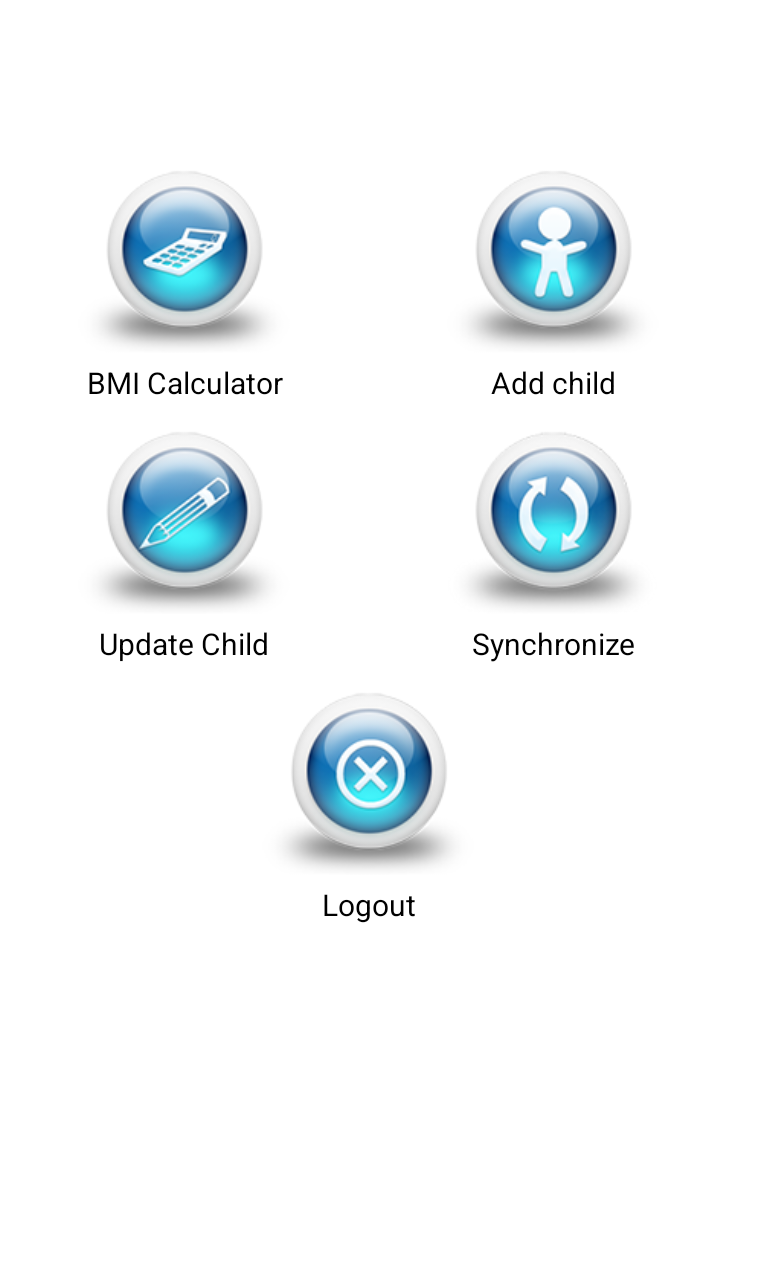
Repository: Team-7/prototype.6
Layout: workspace/Hope World Wide/res/layout/menu.xml
The author's editor kept a copy of each file at every save. The layout is drawn from the files as they stood at one save, then again after the next save.
It is drawn on a 768 x 1280 px phone screen (xhdpi) without system bars, with theme CustomActionBarTheme; the app's code is not run.

Above is the layout before, as saved 2014-05-29 11:01:35.

### workspace/Hope World Wide/res/layout/menu.xml
<?xml version="1.0" encoding="utf-8"?>
<RelativeLayout xmlns:android="http://schemas.android.com/apk/res/android"
    android:layout_width="match_parent"
    android:layout_height="match_parent"
    android:background="#ffffff" >

 <TableLayout
     		 android:layout_width="match_parent"
             android:layout_height="wrap_content"
             android:id="@+id/tableLayout" android:background="#FFFFFF"
             android:stretchColumns="*" >

    <TableRow

    android:id="@+id/MyRow"
    android:layout_width="match_parent"
    android:layout_height="wrap_content"
    android:background="@android:color/transparent">

     <TextView
         android:id="@+id/textView1"
         android:layout_width="wrap_content"
         android:layout_height="wrap_content"
         android:layout_weight="0"
         android:textColor="#000000"
         android:textSize="15sp" />

</TableRow>

    <TableRow

    android:id="@+id/MyRow1"
    android:layout_width="match_parent"
    android:layout_height="wrap_content"
    android:background="@android:color/transparent">


     <TextView
        android:id="@+id/textView2"
        android:layout_width="wrap_content"
        android:layout_height="wrap_content"
        android:layout_weight="0"
        android:textColor="#000000"
        android:textSize="15sp" />

</TableRow>

    <TableRow

    android:id="@+id/My"
    android:layout_width="match_parent"
    android:layout_height="wrap_content"
    android:background="@android:color/transparent">


     <View
        android:id="@+id/View1"
        android:layout_width="match_parent"
        android:layout_height="30dp"
        android:layout_weight="0"
        android:textColor="#000000"
        android:textSize="15sp" />

</TableRow>

    <TableRow

    android:id="@+id/Row"
    android:layout_width="match_parent"
    android:layout_height="wrap_content"
    android:layout_weight="1"
    android:background="@android:color/transparent">

    <TableLayout
        android:id="@+id/table"
        android:layout_width="match_parent"
        android:layout_height="wrap_content"
        android:paddingRight="15dp"
        android:stretchColumns="*" >

    <TableRow

    android:id="@+id/newTagTableRow"
    android:layout_width="match_parent"
    android:layout_height="wrap_content"
    android:background="@android:color/transparent">

    <ImageButton
        android:id="@+id/calculatelogo"
        android:layout_width="wrap_content"
        android:layout_height="wrap_content"
        android:layout_weight="1"
        android:background="#FFFFFF"
        android:contentDescription="@string/calclogo"
        android:minHeight="110dp"
        android:minWidth="110dp"
        android:scaleType="fitCenter"
        android:src="@drawable/calculator"
        android:textColor="@android:color/black"
        android:textSize="20sp" />

    <ImageButton
        android:id="@+id/childLogo"
        android:layout_width="wrap_content"
        android:layout_height="wrap_content"
        android:layout_weight="1"
        android:background="#FFFFFF"
        android:contentDescription="@string/clogo"
        android:minHeight="110dp"
        android:minWidth="110dp"
        android:scaleType="fitCenter"
        android:src="@drawable/child"
        android:textColor="@android:color/black"
        android:textSize="20sp" />

</TableRow>

    <TableRow

    android:id="@+id/thisRow"
    android:layout_width="match_parent"
    android:layout_height="wrap_content"
    android:background="@android:color/transparent">

     <TextView
         android:id="@+id/calculatetext"
         android:layout_width="100dp"
         android:layout_height="wrap_content"
         android:layout_weight="1"
         android:gravity="center"
         android:text="@string/calc"
         android:textColor="#000000"
         android:textSize="15sp" />

     <TextView
         android:id="@+id/addtext"
         android:layout_width="100dp"
         android:layout_height="wrap_content"
         android:layout_weight="1"
         android:gravity="center"
         android:text="@string/addC"
         android:textColor="#000000"
         android:textSize="15sp" />

</TableRow>

    <TableRow

    android:id="@+id/Row2"
    android:layout_width="match_parent"
    android:layout_height="wrap_content"
    android:background="@android:color/transparent">

        <ImageButton
            android:id="@+id/updatelogo"
            android:layout_width="100dp"
            android:layout_height="wrap_content"
            android:layout_weight="1"
            android:background="#ffffff"
            android:contentDescription="@string/updatelogo"
            android:minHeight="110dp"
            android:minWidth="110dp"
            android:scaleType="fitCenter"
            android:src="@drawable/edit"
            android:textSize="20sp" />

  <ImageButton
      android:id="@+id/synclogo"
      android:layout_width="100dp"
      android:layout_height="wrap_content"
      android:layout_weight="1"
      android:background="#FFFFFF"
      android:contentDescription="@string/clogo"
      android:minHeight="110dp"
      android:minWidth="110dp"
      android:scaleType="fitCenter"
      android:src="@drawable/sync"
      android:textColor="@android:color/black"
      android:textSize="20sp" />

</TableRow>

    <TableRow

    android:id="@+id/Row3"
    android:layout_width="match_parent"
    android:layout_height="wrap_content"
    android:background="@android:color/transparent">


     <TextView
        android:id="@+id/updatetext"
        android:layout_width="100dp"
         android:layout_height="wrap_content"
         android:layout_weight="1"
         android:gravity="center"
        android:text="@string/updateC"
        android:textColor="#000000"
        android:textSize="15sp" />

     <TextView
        android:id="@+id/synctext"
        android:layout_width="100dp"
        android:layout_height="wrap_content"
        android:layout_weight="1"
        android:gravity="center"
        android:text="@string/sync"
        android:textColor="#000000"
        android:textSize="15sp" />

</TableRow>



 <TableRow

    android:id="@+id/Row4"
    android:layout_width="match_parent"
    android:layout_height="wrap_content"
    android:background="@android:color/transparent">

        <ImageButton
            android:id="@+id/logoutlogo"
            android:layout_width="100dp"
            android:layout_height="wrap_content"
            android:layout_weight="1"
            android:background="#ffffff"
            android:contentDescription="@string/logoutlogo"
            android:minHeight="110dp"
            android:minWidth="110dp"
            android:scaleType="fitCenter"
            android:src="@drawable/logout"
            android:textSize="20sp" />

</TableRow>

    <TableRow

    android:id="@+id/Row5"
    android:layout_width="match_parent"
    android:layout_height="wrap_content"
    android:background="@android:color/transparent">

        <TextView
        android:id="@+id/logouttext"
        android:layout_width="100dp"
        android:layout_height="wrap_content"
        android:layout_weight="1"
        android:gravity="center"
        android:text="@string/logout"
        android:textColor="#000000"
        android:textSize="15sp" />

</TableRow>

    		</TableLayout>
		</TableRow>

  </TableLayout>



</RelativeLayout>

### workspace/Hope World Wide/res/values/themes.xml
<?xml version="1.0" encoding="utf-8"?>
<resources xmlns:tools="http://schemas.android.com/tools">
    <!-- the theme applied to the application or activity -->
    <style name="CustomActionBarTheme"
        parent="@android:style/Theme.Holo.Light.DarkActionBar" tools:ignore="NewApi">
        <item name="android:actionBarStyle">@style/MyActionBar</item>
    </style>

    <!-- ActionBar styles -->
    <style name="MyActionBar"
        parent="@android:style/Widget.Holo.Light.ActionBar.Solid.Inverse" tools:ignore="NewApi">
        <item name="android:background">@drawable/actionbarbackground</item>
    </style>

</resources>

### workspace/Hope World Wide/res/drawable/actionbarbackground.xml
<?xml version="1.0" encoding="utf-8"?>
<shape xmlns:android="http://schemas.android.com/apk/res/android"
    android:shape="rectangle" >

    <stroke android:width="2dip" >
    </stroke>

    <solid android:color="#1B9AF7" >
    </solid>

</shape>

### workspace/Hope World Wide/res/values/strings.xml
<?xml version="1.0" encoding="utf-8"?>
<resources>

    <string name="app_name">HopeWorldWide</string>
    <string name="hello_world">Hello world!</string>
    <string name="action_settings">Settings</string>
    <string name="login"> Login</string>
    <string name="menu"> Home</string>
     <string name="myecd"> Search for ECD</string>
    <string name="username"> Username</string>
    <string name="password"> Password</string>

    <string name="name">Name: </string>
    <string name="height">Height: </string>
    <string name="heightValue">Enter Height</string> <!-- height hint -->
    <string name="weight">Weight: </string>
    <string name="weightHint">Enter Weight</string> <!-- weight hint -->
    <string name="mySearch">Search</string>
    <string name="logout">Logout</string>
    <string name="update">Update Child</string>
    <string name="bmiTitle">Child Information</string>
    <string name="save">Save</string>
    <string name="cancel">Cancel</string>


    <string name="age">Age: </string>
    <string name="calculate">Calculate</string>
    <string name="currentBMI">Current BMI: </string>
    <string name="previousBMI">Previous BMI: </string>
     <string name="AutoCompleteTextView"></string>

     <string name="cm">cm</string>
      <string name="kg">kg</string>
       <string name="hopeworldwide">     \t\t Hope \n         World Wide</string>

       <string name="Login">Login</string> <!-- text in the login button -->
       <string name="login2">Login</string><!-- name of the login page  -->
       <string name="bmi">BMI Calculator</string> <!-- name of the page that calculate bmi -->

       <string name="landing">Hope World Wide</string>

       <!-- landing page buttons -->
        <string name="lButton1">BMI Calculator</string>
        <string name="lButton2">Add Child</string>
        <string name="lButton3">Synchronize Data</string>

        <string name="search">Enter Name</string>
        <string name="ecd">Enter ECD Name</string>
        <string name="ecd1">Search for ECD</string>
         <string name="autocompete">Auto complete</string>

         <string name="sync">Synchronize</string>

         <string name="updateC">Update Child</string>
         <string name="calc">BMI Calculator</string>
         <string name="addC">Add child</string>

         <string name="clogo">child logo</string>
         <string name="synclogo">sync logo</string>
         <string name="calclogo">calc logo</string>
         <string name="addlogo">add logo</string>
         <string name="logoutlogo">logout logo</string>
         <string name="updatelogo">update logo</string>


</resources>

### workspace/Hope World Wide/res/values/styles.xml
<resources>

    <!--
        Base application theme, dependent on API level. This theme is replaced
        by AppBaseTheme from res/values-vXX/styles.xml on newer devices.
    -->


    <!-- Application theme. -->
    <style name="AppTheme" parent="Theme.AppCompat">
        <!-- All customizations that are NOT specific to a particular API-level can go here. -->
    </style>

    <style name="Text"> </style>
    <style name="Text.Strong">
           <item name="@android:textSize">20sp</item>
           <item name="@android:paddingLeft">4dp</item>
           <item name="@android:paddingBottom">4dp</item>
           <item name="@android:textColor">#000000</item>
           <item name="@android:textStyle">bold</item>
     </style>

     <style name="Text.Strong.Blurry">
           <item name="@android:shadowColor">#BBBBBB</item>
           <item name="@android:shadowDx">1</item>
           <item name="@android:shadowDy">1</item>
           <item name="@android:shadowRadius">10</item>
     </style>

</resources>

After the next save:
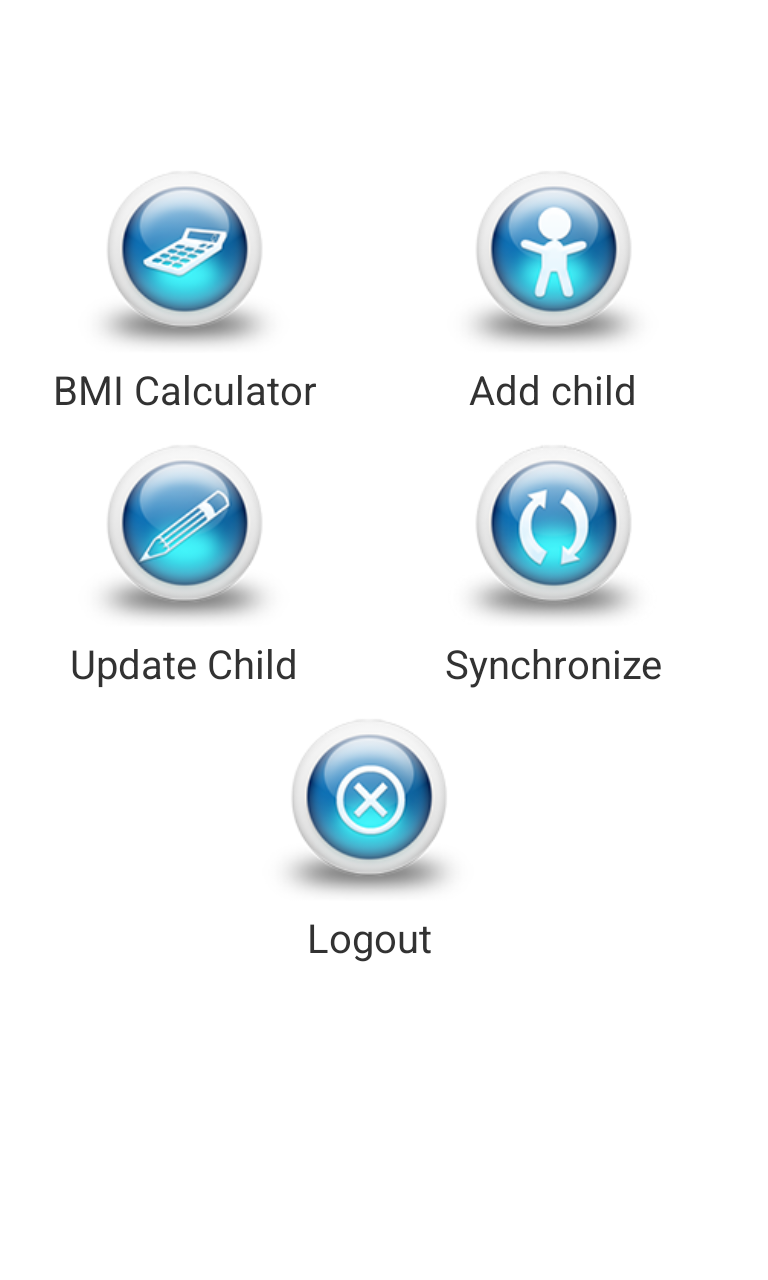
Saved 2 min 9 s later.
--- a/workspace/Hope World Wide/res/layout/menu.xml
+++ b/workspace/Hope World Wide/res/layout/menu.xml
@@ -129,8 +129,8 @@
          android:layout_weight="1"
          android:gravity="center"
          android:text="@string/calc"
-         android:textColor="#000000"
-         android:textSize="15sp" />
+         style="@style/Text.Strong.Blurry"
+         android:textSize="20sp" />
 
      <TextView
          android:id="@+id/addtext"
@@ -139,8 +139,8 @@
          android:layout_weight="1"
          android:gravity="center"
          android:text="@string/addC"
-         android:textColor="#000000"
-         android:textSize="15sp" />
+         style="@style/Text.Strong.Blurry"
+         android:textSize="20sp" />
 
 </TableRow>
 
@@ -195,8 +195,8 @@
          android:layout_weight="1"
          android:gravity="center"
         android:text="@string/updateC"
-        android:textColor="#000000"
-        android:textSize="15sp" />
+        style="@style/Text.Strong.Blurry"
+        android:textSize="20sp" />
 
      <TextView
         android:id="@+id/synctext"
@@ -205,8 +205,8 @@
         android:layout_weight="1"
         android:gravity="center"
         android:text="@string/sync"
-        android:textColor="#000000"
-        android:textSize="15sp" />
+        style="@style/Text.Strong.Blurry"
+        android:textSize="20sp" />
 
 </TableRow>
 
@@ -248,8 +248,8 @@
         android:layout_weight="1"
         android:gravity="center"
         android:text="@string/logout"
-        android:textColor="#000000"
-        android:textSize="15sp" />
+        style="@style/Text.Strong.Blurry"
+        android:textSize="20sp" />
 
 </TableRow>
 
